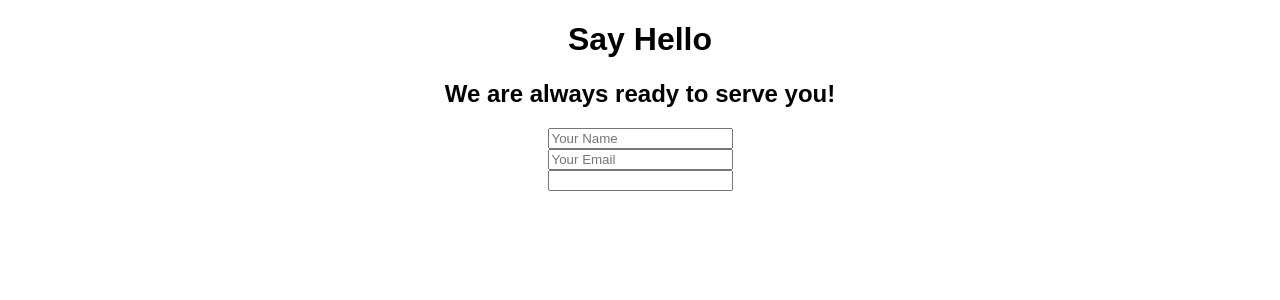
Repository: Owusuharriet/HW1-HAMAH.index.html
Page: index.htm
The author's editor kept a copy of each file at every save. The page is drawn from the files as they stood at one save, then again after the next save.
The browser window is 1280 px wide. The pictures show the whole page.

Above is the page before, as saved 2020-08-03 22:26:24.

After the next save:
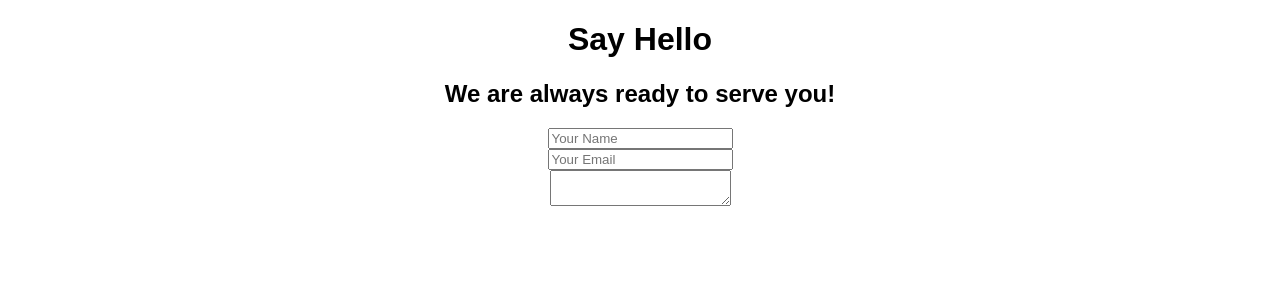
Saved 31 s later.
--- a/index.htm
+++ b/index.htm
@@ -16,7 +16,7 @@
         <form id="contact-form" method="post" action=""></form>
         <input name="name" type="text" class="form-control" placeholder="Your Name" required><br>
         <input name="emil" type="email" class="from-control" placeholder="Your Email"required><br>
-        <input name=""
+
 
 
         <textarea name="message" class="from-control"></textarea>
